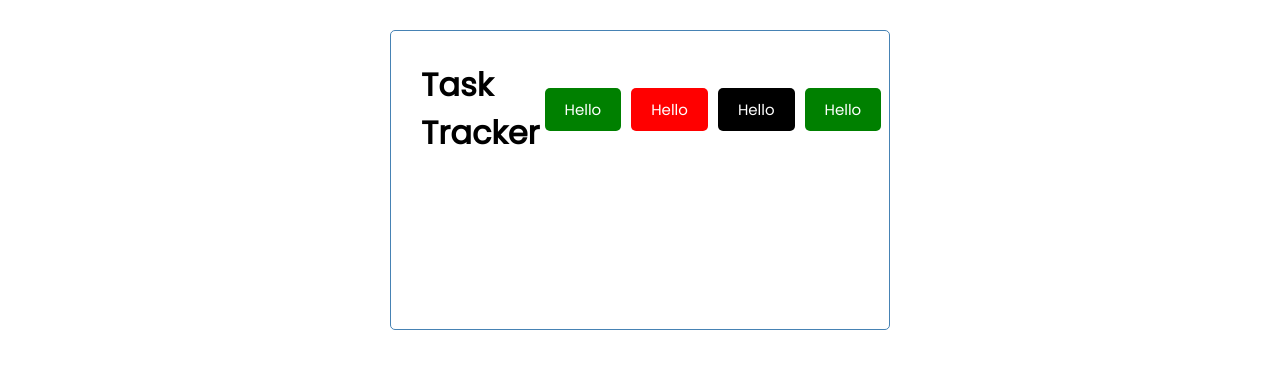
Repository: biggie-pti/task-tracker-react-app
Page: /
These files come from the project's save history. The page is drawn as it stood at one moment and after the next save; the edit follows.
The browser window is 1280 px wide. The pictures show the whole page.
The project was rebuilt for these pictures with package versions that can differ from the ones it lists, and the page was loaded fresh each time.

Above is the page before, as saved 2022-02-20 14:38:39.

After the next save:
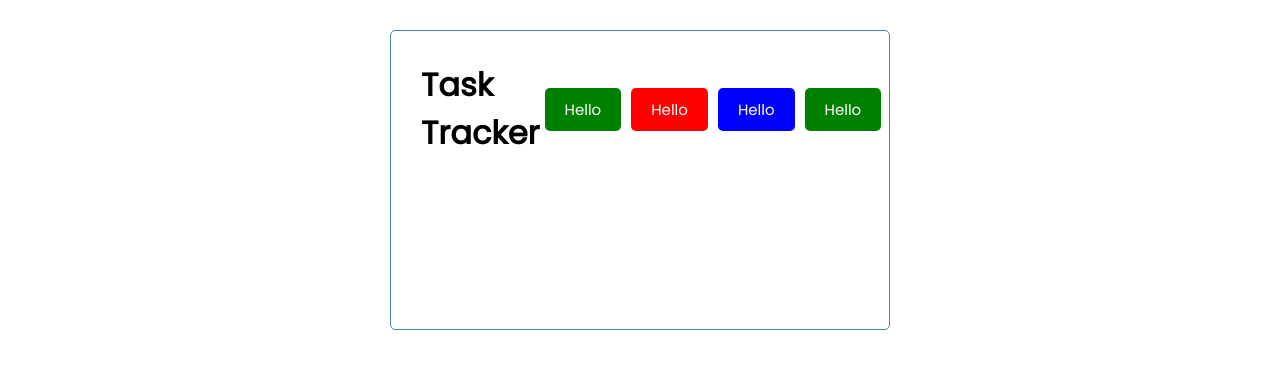
Saved 4 s later.
--- a/src/components/Header.js
+++ b/src/components/Header.js
@@ -9,7 +9,7 @@ const Header = ({title}) => {
         </h1>
        <Button color='green' text='Hello'/>
        <Button color='red' text='Hello'/>
-       <Button color='' text='Hello'/>
+       <Button color='blue' text='Hello'/>
        <Button color='green' text='Hello'/>
         </header>
   )
